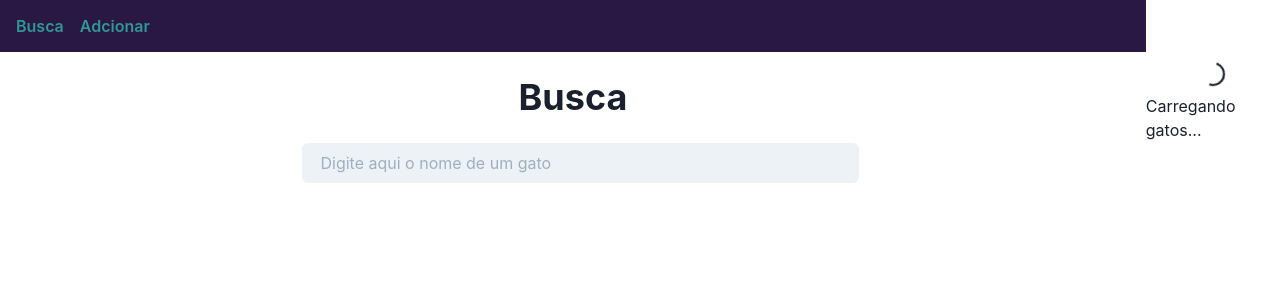
Repository: thislucasme/front-end-cats-react.js
Page: /buscar-gatos
These files come from the project's save history. The page is drawn as it stood at one moment and after the next save; the edit follows.
The browser window is 1280 px wide. The pictures show the whole page.
The page's requests for data from a server got no answer. The project was rebuilt for these pictures with package versions that can differ from the ones it lists, and the page was loaded fresh each time. No one was signed in, and anything a server would have sent is missing. Also part of the build but not shown: src/pages/cadastro.gatos.tsx.

Above is the page before, as saved 2021-10-27 16:09:39.

### src/index.tsx
import { ColorModeScript } from "@chakra-ui/react"
import * as React from "react"
import ReactDOM from "react-dom"
import { App } from "./App"
import reportWebVitals from "./reportWebVitals"
import * as serviceWorker from "./serviceWorker"
import { ChakraProvider, theme } from '@chakra-ui/react'

ReactDOM.render(
  <React.StrictMode>
    <ColorModeScript />
    <ChakraProvider theme={theme}>
      <App />
    </ChakraProvider>
  </React.StrictMode>,
  document.getElementById("root"),
)

// If you want your app to work offline and load faster, you can change
// unregister() to register() below. Note this comes with some pitfalls.
// Learn more about service workers: https://cra.link/PWA
serviceWorker.unregister()

// If you want to start measuring performance in your app, pass a function
// to log results (for example: reportWebVitals(console.log))
// or send to an analytics endpoint. Learn more: https://bit.ly/CRA-vitals
reportWebVitals()

### src/App.tsx
import React from "react";
import { Cadastro } from "./pages/cadastro.gatos";
import { BrowserRouter, Switch, Route } from "react-router-dom";
import { Busca } from "./pages/busca.gatos";


export const App: React.FC = () => {
  return (
    <BrowserRouter>
      <Switch>
        <Route exact path={'/cadastro'} component={Cadastro} />
        <Route exact path={'/buscar-gatos'} component={Busca} />
      </Switch>
    </BrowserRouter>
  );
}

### src/pages/busca.gatos.tsx
import { Center, Flex, Heading, Input, Spacer, VStack } from "@chakra-ui/react";
import axios from "axios";
import React, { useState } from "react";
import { mutate } from "swr";
import { Lista } from "../components/lista.gatos";
import { Menu } from "../components/menu";
import { useGato } from "../hooks/gato.hooks";
export const Busca = () => {

	const [campoBusca, setCampoBusca] = useState("");

	//hook personalizado
	const { cats, isError, mutate } = useGato(campoBusca);

	function apagarGato(id: number) {
		axios.delete('http://localhost:3000/cats/' + id)
			.then(response => {
				mutate();
			})
		console.log("Apagar gato com id: " + id);
	}

	return (
		<Center>
			<VStack w="full">
				<Menu />
				<VStack w="50%">
					<Heading my={4}>Busca</Heading>
					<Flex w="full">
						<Spacer />
						<Input ml={4} value={campoBusca} onChange={(e) => { setCampoBusca(e.target.value) }} variant="filled" placeholder="Digite aqui o nome de um gato" />
					</Flex>
				</VStack>
			</VStack>
			<Lista gatos={cats} onDelete={apagarGato} error={isError} />
		</Center>
	);
}

### src/components/lista.gatos.tsx
import React from "react";
import { Button, Table, Tbody, Td, Th, Thead, Tr, Image, Spinner, VStack, Text, AlertIcon, Alert } from "@chakra-ui/react";
import { Cat } from "../cat.interface";


type Props = {
	gatos: Array<any>,
	error: any,
	onDelete: (id: number) => void
}

export const Lista = (props: Props) => {


	if (!props.gatos) return (
		<VStack>
			<Spinner mt={5} />
			<Text>Carregando gatos...</Text>
		</VStack>
	);

	if (props.error) {
		return (
			<Alert status="error">
				<AlertIcon />
				Ocorreu um erro
			</Alert>
		);
	}

	return (
		<Table mt={5} variant="simple">
			<Thead>
				<Tr>
					<Th>ID</Th>
					<Th>Nome</Th>
					<Th>Idade</Th>
					<Th>Sexo</Th>
					<Th>Ação</Th>
				</Tr>
			</Thead>
			<Tbody>
				{
					props.gatos?.map((res: Cat) => (
						<Tr key={res.idGato} color={"gray"} fontSize={"md"}>
							<Td>{res.idGato}</Td>
							<Td>{res.nome}</Td>
							<Td>{res.idade}</Td>
							<Td>{res.sexo}</Td>
							<Td><Button ml={4} variant={"ghost"} onClick={() => { props.onDelete(res.idGato) }}><Image src="https://i.ibb.co/89zmrZs/delete.png" /></Button></Td>
						</Tr>
					)).reverse()
				}

			</Tbody>

		</Table>
	);
}

### src/components/menu.tsx
import { Box, Button, Flex, Spacer } from "@chakra-ui/react";
import React from "react";
export const Menu = () => {
	return (
		<>
			<Flex p={4} bg={"#291744"} w={"full"}>
				<Button mr={4} colorScheme="teal" variant="link">
					Busca
				</Button>
				<Button mr={4} colorScheme="teal" variant="link">
					Adcionar
				</Button>
			</Flex>
		</>
	);
}

### src/hooks/gato.hooks.ts
import axios from "axios";
import useSWR from "swr";

export const useGato = (nome: string) => {
	const apiRequest = (url: string) => axios.get(url).then(response => response.data);

	const { data, error, mutate } = useSWR('http://localhost:3000/cats/' + nome, apiRequest);

	return {
		cats: data,
		isError: error,
		mutate: mutate
	}
}

Loaded but not shown: public/index.html (common file); src/reportWebVitals.ts (common file); src/serviceWorker.ts (common file)

After the next save:
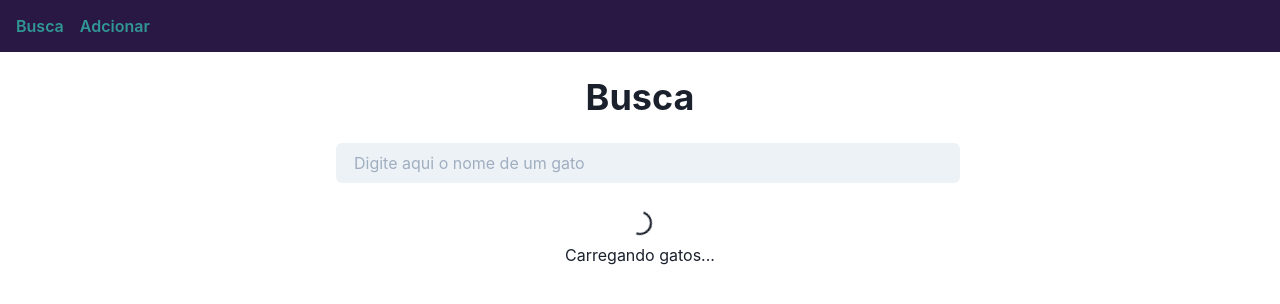
Saved 19 s later.
--- a/src/pages/busca.gatos.tsx
+++ b/src/pages/busca.gatos.tsx
@@ -31,8 +31,8 @@ export const Busca = () => {
 						<Input ml={4} value={campoBusca} onChange={(e) => { setCampoBusca(e.target.value) }} variant="filled" placeholder="Digite aqui o nome de um gato" />
 					</Flex>
 				</VStack>
+				<Lista gatos={cats} onDelete={apagarGato} error={isError} />
 			</VStack>
-			<Lista gatos={cats} onDelete={apagarGato} error={isError} />
 		</Center>
 	);
 }
